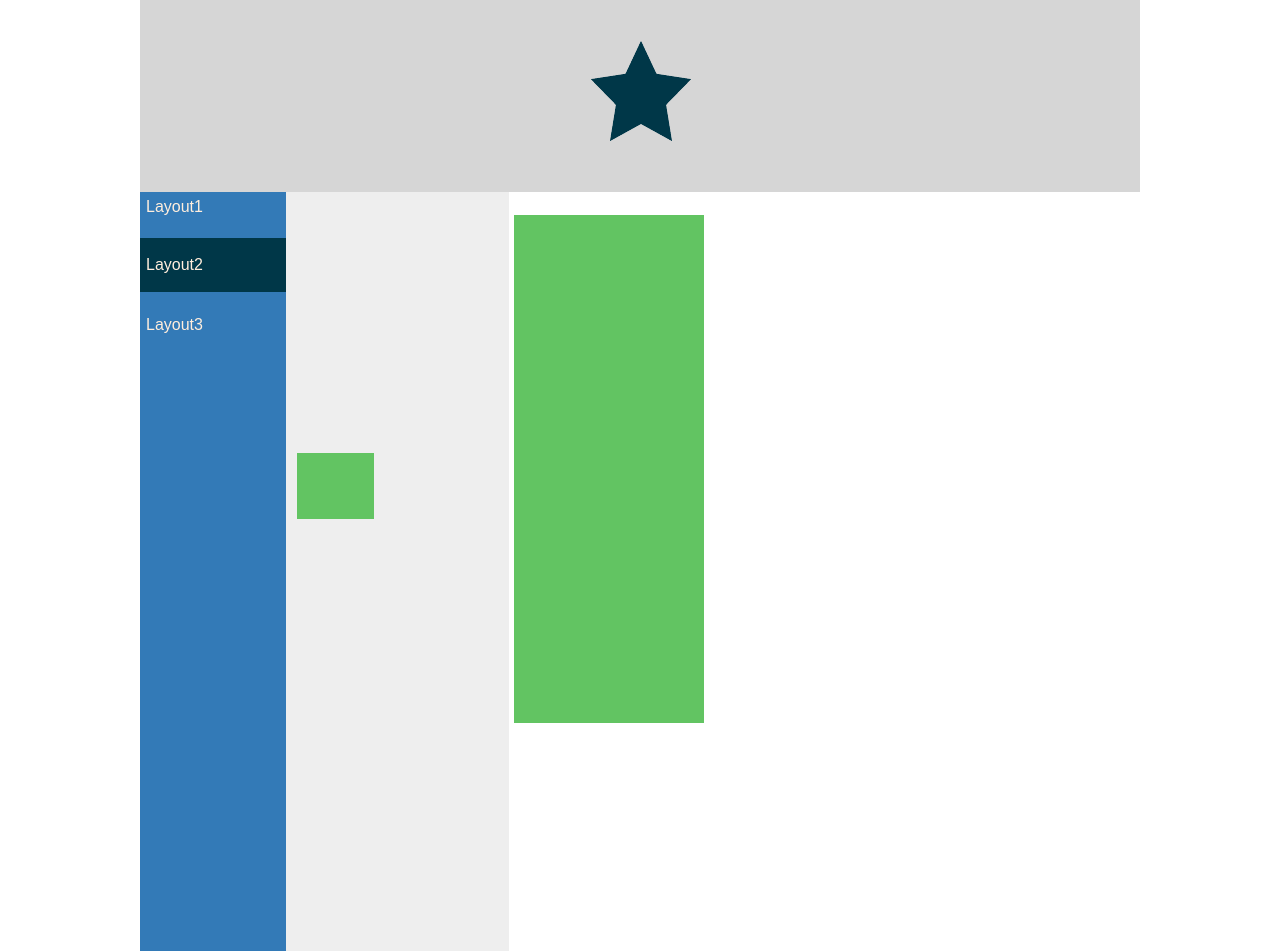
Repository: baliayassin/MyGame
Page: Documents/Aptana Studio 3 Workspace/homeWork2/layOut2.html
An editor plug-in stored every save of this project. The page is shown before and after the next save, followed by the edit.
The browser window is 1280 px wide. The pictures show the whole page.

Above is the page before, as saved 2017-11-29 12:53:56.

### Documents/Aptana Studio 3 Workspace/homeWork2/layOut2.html
<!DOCTYPE html>
<html>

	<html>
	<head>

		<title> HomeWork2</title>
		<link rel="stylesheet" href="includes/style.css" />
		<meta charset="utf-8" />
	</head>


	<body id="wrapper2">
<main>
		<header>
	       <a href="layOut2.html"> </a>
        </header>
    <nav>
    		<ul>
					<li> <a href="index.html">Layout1 </a> </li>
					<li> <span><a href="layOut2.html">Layout2 </a> </span></li>
					<li><a href="#">Layout3 </a> </li>

				</ul>

    </nav>

    <aside>
    	<article></article>
    	</aside>

    	<section><article></article> </section>

		</main>


		<footer>


			</footer>



	</body>


</html>

### Documents/Aptana Studio 3 Workspace/homeWork2/includes/style.css
*{
	margin:0px;
	padding: 0px;
}

main, nav, aside, footer, section, article, header {
	display:  block;

	/*border: 1px solid black;*/
}

#wrapper {
	margin: 0px auto;
	width: 1000px;
}
#wrapper header{

	height:192px;
	background: #d6d6d6;

}

#wrapper header a{

	width:102px;
	height:102px;
	background-image:url("../images/star.png");
	position:relative;
	display:block;
	margin:0px auto;
	top: 40px;
    background-repeat: no-repeat;


}


#wrapper nav {

	height: 62px;
	background: #337AB7;

}

#wrapper nav ul{

	list-style-type: none;
	text-decoration: none;
	margin-left: 45px;

}

#wrapper nav ul li{

	float:left;

}

#wrapper nav a{

	display: inline-block;
	text-decoration: none;
	color: #ffeedd;
	font-family: Arial;



}

#wrapper nav span a{

	background:#003748;
	margin:10px auto;
	padding:12px 90px;


}
#wrapper nav li > a{

	margin:20px 85px;

}
#wrapper section{
	direction:rtl;
	display: inline-block;
	margin-top: 100px;
	vertical-align: top;


}
#wrapper section article{

	display:block;
	background: #62C462;
	margin-right: 25px;
	margin-left: 32px;
	margin-top: 30px;
}

#wrapper section article:first-child{

	height:121px;
	width:699px;


}
#wrapper section article:nth-child(2){

	height: 200px;
	width: 699px;


}
#wrapper section article:nth-child(3){

	height: 125px;
	width: 186px;


}

#wrapper aside{

	background: #EEEEEE;
	height: 697px;
	width: 240px;
	display: inline-block;

}

#wrapper aside article{

	background: #62C462;
	width:185px;
	height:126px;
	position: relative;
	margin-top: 264px;
	margin-left: 45px;


}

#wrapper footer{

	height:52px;
	background: #D6D6D6;
	margin-top:-4px;

}










#wrapper2 {
	margin: 0px auto;
	width: 1000px;
}
#wrapper2 header{

	height:192px;
	background: #d6d6d6;

}

#wrapper2 header a{

	width:102px;
	height:102px;
	background-image:url("../images/star.png");
	position:relative;
	display:block;
	margin:0px auto;
    top: 40px;
    background-repeat: no-repeat;


}


#wrapper2 nav {

	width:146px;
	height: 759px;
	background: #337AB7;
    float:left;
    display: inline-block;
}




#wrapper2 nav ul {
	list-style-type: none;
}

#wrapper2 nav a{
	display: inline-block;
	text-decoration: none;
	color: #ffeedd;
	font-family: "Arial";
}

#wrapper2 nav li > a{
	margin-top: 6px;
	margin-bottom: 22px;
	margin-left: 6px;
}

#wrapper2 nav span a{
	background-color: #003748;
	padding-top: 18px;
	margin-bottom: 18px;
	padding-bottom: 18px;
	padding-left: 6px;
	width: 140px;
}


#wrapper2 aside{

	float:left;
	background-color: #eeeeee;
	width: 223px;
	height: 759px;
}

#wrapper2 aside article{

	background: #62C462;
	width:77px;
	height:66px;
	position: relative;
	margin-top: 261px;
	margin-left: 11px;


}


#wrapper2 section{

	display: inline-block;
	margin-top: 23px;



}

#wrapper2 section article:first-child{

	background:#62C462;
	margin-left:5px;
	height:508px;
	width:190px;


}

After the next save:
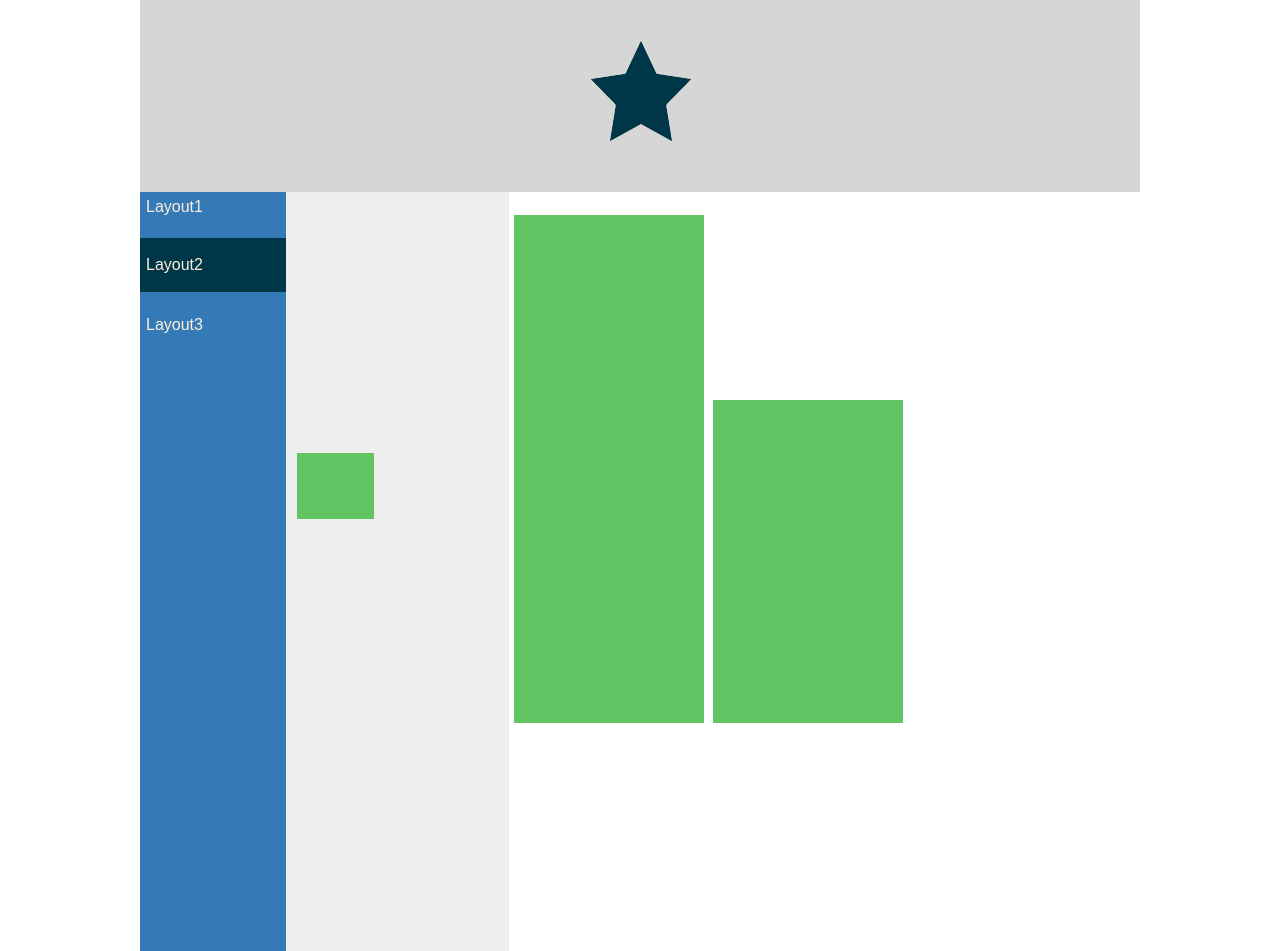
Saved 110 s later.
--- a/Documents/Aptana Studio 3 Workspace/homeWork2/layOut2.html
+++ b/Documents/Aptana Studio 3 Workspace/homeWork2/layOut2.html
@@ -29,7 +29,10 @@
     	<article></article>
     	</aside>
 
-    	<section><article></article> </section>
+    	<section><article></article>
+
+    		<article> </article>
+    		 </section>
 
 		</main>
 
--- a/Documents/Aptana Studio 3 Workspace/homeWork2/includes/style.css
+++ b/Documents/Aptana Studio 3 Workspace/homeWork2/includes/style.css
@@ -258,6 +258,16 @@ main, nav, aside, footer, section, article, header {
 	margin-left:5px;
 	height:508px;
 	width:190px;
-
-
-}
+	display: inline-block;
+
+}
+
+#wrapper2 section article:nth-child(2){
+
+	background:#62C462;
+	margin-left:5px;
+	height:323px;
+	width:190px;
+	display: inline-block;
+
+}
